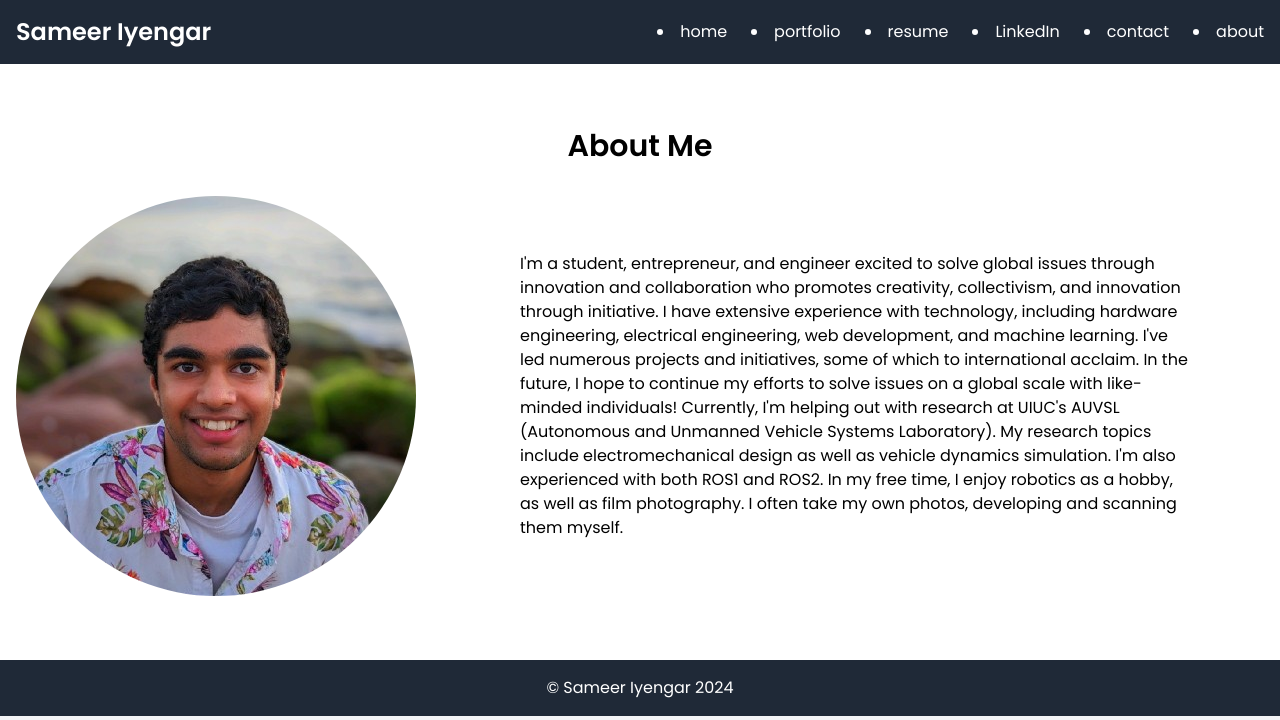
Repository: siyengar04/siyengar04.github.io
Page: about.html
These files come from the project's save history. The page is drawn as it stood at one moment and after the next save; the edit follows.
The browser window is 1280 px wide. The pictures show the whole page.
Some web libraries are served in a nearby version.

Above is the page before, as saved 2024-11-05 22:54:26.

After the next save:
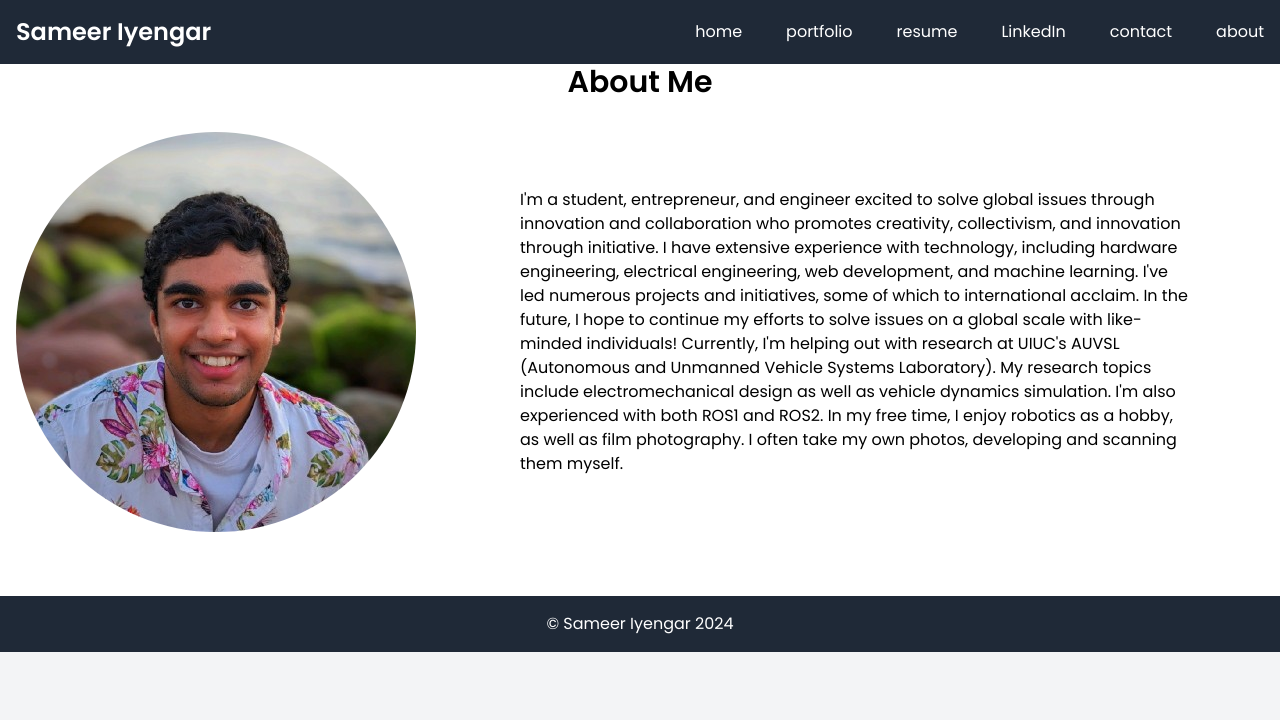
Saved 1 s later.
--- a/about.html
+++ b/about.html
@@ -16,7 +16,7 @@
 </head>
 
 <body class="bg-gray-100">
-    <header class="bg-gray-800 text-white py-4">
+    <header class="bg-gray-800 text-white py-4 fixed top-0 w-full z-10">
         <div class="container mx-auto flex justify-between items-center px-4">
             <h1 class="text-2xl font-semibold">Sameer Iyengar</h1>
             <div class="md:hidden">
@@ -27,12 +27,13 @@
                 </button>
             </div>
             <nav id="nav-menu" class="hidden md:flex md:space-x-6">
-                <li><a href="index.html" class="hover:text-gray-400">home</a></li>
-                <li><a href="/portfolio.html" class="hover:text-gray-400">portfolio</a></li>
-                <li><a href="/resume.html" class="hover:text-gray-400">resume</a></li>
-                <li><a href="https://www.linkedin.com/in/sameer-iyengar/" class="hover:text-gray-400">LinkedIn</a></li>
-                <li><a href="/contact.html" class="hover:text-gray-400">contact</a></li>
-                <li><a href="/about.html" class="hover:text-gray-400">about</a></li>
+                <ul class="flex flex-col md:flex-row space-y-4 md:space-y-0 md:space-x-6">
+                    <li><a href="index.html" class="hover:text-gray-400">home</a></li>
+                    <li><a href="/portfolio.html" class="hover:text-gray-400">portfolio</a></li>
+                    <li><a href="/resume.html" class="hover:text-gray-400">resume</a></li>
+                    <li><a href="https://www.linkedin.com/in/sameer-iyengar/" class="hover:text-gray-400">LinkedIn</a></li>
+                    <li><a href="/contact.html" class="hover:text-gray-400">contact</a></li>
+                    <li><a href="/about.html" class="hover:text-gray-400">about</a></li>
                 </ul>
             </nav>
         </div>
